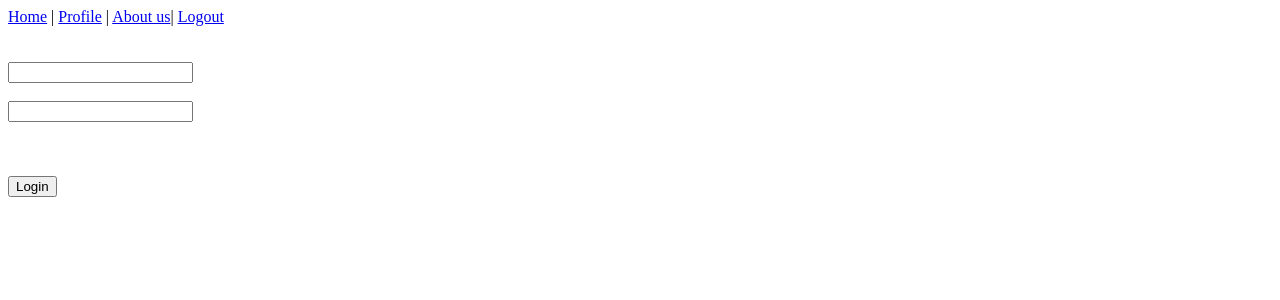
Repository: Asterisc-Institute/Advance-Java-Batch5
Page: Session-Day03/WebContent/index.html
The author's editor kept a copy of each file at every save. The page is drawn from the files as they stood at one save, then again after the next save.
The browser window is 1280 px wide. The pictures show the whole page.

Above is the page before, as saved 2023-05-08 12:01:23.

### Session-Day03/WebContent/index.html
<!DOCTYPE html>
<html>
<head>
<meta charset="ISO-8859-1">
<title>Insert title here</title>
</head>
<body>
<a href="home">Home</a> | <a href="profile">Profile</a> | <a href="about">About us</a>| <a href="logout">Logout</a><br/><br/><br/>

<form action="home">
<input type="text" name="uname"><br/><br/>
<input type="text" name="upass"><br/><br/>
<input type="hidden" name="offer" value="50DX1"><br/><br/>
<input type="submit" value="Login">
</form>
</body>
</html>

After the next save:
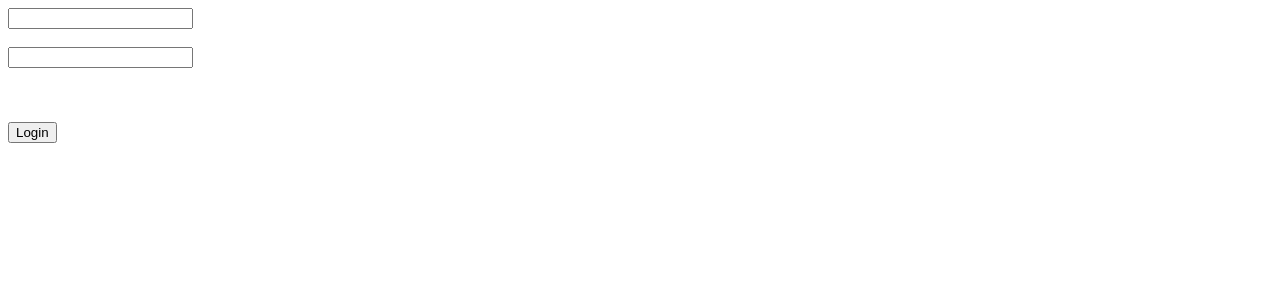
Saved 46 s later.
--- a/Session-Day03/WebContent/index.html
+++ b/Session-Day03/WebContent/index.html
@@ -5,7 +5,6 @@
 <title>Insert title here</title>
 </head>
 <body>
-<a href="home">Home</a> | <a href="profile">Profile</a> | <a href="about">About us</a>| <a href="logout">Logout</a><br/><br/><br/>
 
 <form action="home">
 <input type="text" name="uname"><br/><br/>
